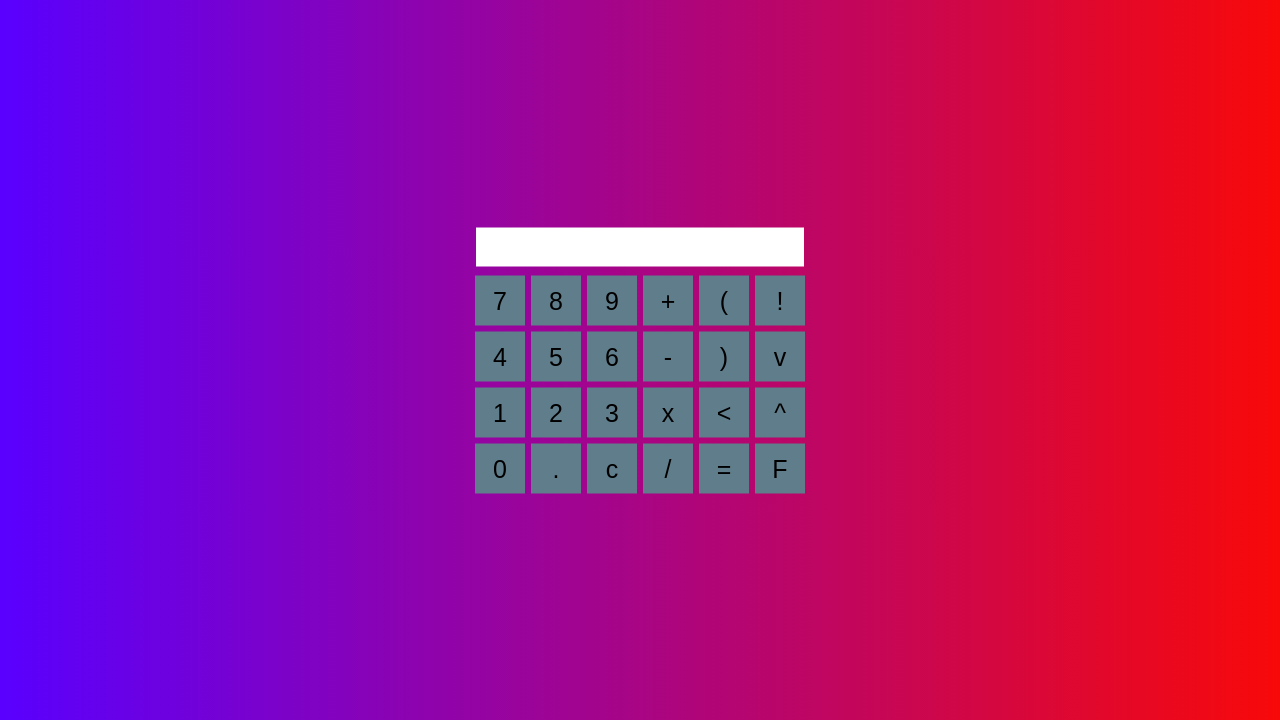
Repository: danieltrancozo/portfolio-alfa
Page: apps/calculadora2.html
The author's editor kept a copy of each file at every save. The page is drawn from the files as they stood at one save, then again after the next save.
The browser window is 1280 px wide. The pictures show the whole page.

Above is the page before, as saved 2021-05-15 15:01:10.

After the next save:
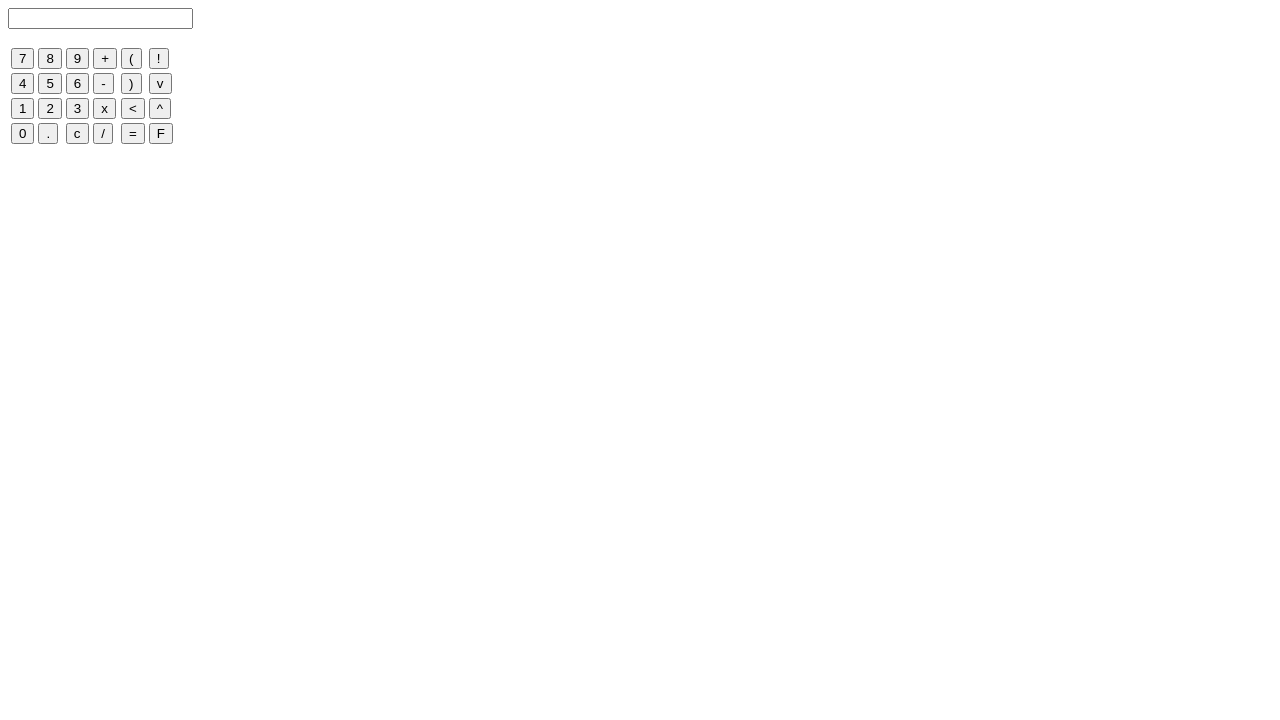
Saved 3 min 38 s later.
--- a/apps/calculadora2.html
+++ b/apps/calculadora2.html
@@ -1,38 +1,6 @@
 <html>
 <head>
-    <style>
-        * {
-            margin: 0;
-            padding: 0;
-        }
-        .button {
-            width: 50;
-            height: 50;
-            font-size: 25;
-            margin: 2;
-            cursor: pointer;
-            background: #607d8b;
-            border: none;
-        }
-        .text {
-            width: 328;
-            margin: 5;
-            font-size: 25;
-            padding: 5;
-            border: none;
-            color: #607d8b;
-        }
-        .main {
-            position: absolute;
-            top: 50%;
-            left: 50%;
-            transform: translateX(-50%) translateY(-50%);
-        }
-        .bg {
-            background: linear-gradient(to right, rgb(89, 0, 255), rgb(248, 9, 9));
-            height: 100%;
-        }
-    </style>
+    <link rel="stylesheet" href="style/calc.css">
 </head>
 <body>
     <div class="bg"></div>
@@ -75,6 +43,7 @@
             </tr>
         </table>
     </div>
+    <script type="text/javascript" src="https://raw.githubusercontent.com/danieltrancozo/MyJSLib/main/dist/index_bundle.js"></script>
     <script>
         var calc = document.querySelector('input.text');
         var a = calc.value;
